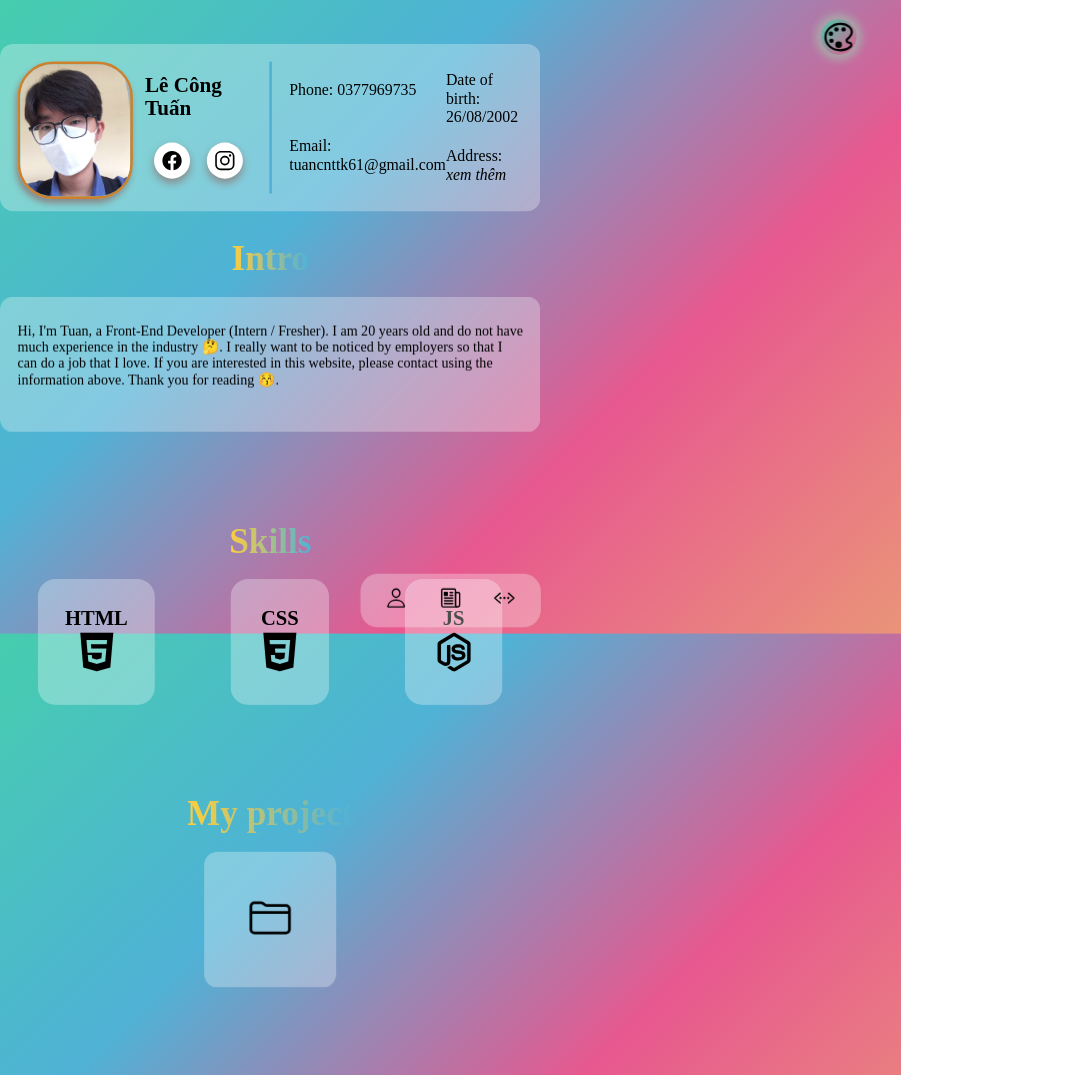
Repository: LeCongTuan2608/Profile
Page: index.html
The author's editor kept a copy of each file at every save. The page is drawn from the files as they stood at one save, then again after the next save.
The browser window is 1024 px wide. The page is 1024 px wide, then 1229 px, so the pictures cover 1229 px, including what lies to the right of the window. The pictures show the whole page, at 88% of full size.
Backgrounds fixed to the window are drawn as part of the page. The style sheet was rebuilt from its Sass, Less or Tailwind sources for each picture, by a compiler version that may differ from the author's.

Above is the page before, as saved 2022-05-05 12:18:08.

### index.html
<!DOCTYPE html>
<html lang="en">
   <head>
      <meta charset="UTF-8" />
      <meta http-equiv="X-UA-Compatible" content="IE=edge" />
      <meta name="viewport" content="width=device-width, initial-scale=1.0" />

      <script type="module" src="https://unpkg.com/ionicons@5.5.2/dist/ionicons/ionicons.esm.js"></script>
      <script nomodule src="https://unpkg.com/ionicons@5.5.2/dist/ionicons/ionicons.js"></script>

      <link rel="preconnect" href="https://fonts.googleapis.com" />
      <link rel="preconnect" href="https://fonts.gstatic.com" crossorigin />
      <link href="https://fonts.googleapis.com/css2?family=Pacifico&display=swap" rel="stylesheet" />

      <link href="https://unpkg.com/aos@2.3.1/dist/aos.css" rel="stylesheet" />
      <script src="https://unpkg.com/aos@2.3.1/dist/aos.js"></script>

      <link rel="stylesheet" href="./sass/css/style.css" />
      <title>Profile</title>
   </head>
   <body>
      <div class="container">
         <div class="palette">
            <ion-icon name="color-palette-outline"></ion-icon>
            <div class="list-color">
               <ul>
                  <li class="bgr-color"></li>
                  <li class="bgr-color"></li>
                  <li class="bgr-color"></li>
               </ul>
            </div>
         </div>

         <div class="contents">
            <div data-aos="flip-left" data-aos-duration="1500">
               <div class="card-info">
                  <div class="personal-information">
                     <div class="image">
                        <div class="user-image">
                           <img src="./images/1.JPG" alt="" />
                        </div>
                        <div class="user-intro">
                           <h2>Lê Công Tuấn</h2>
                           <div class="user-intro-navigation">
                              <div class="navigation-fb">
                                 <a href="https://www.facebook.com/profile.php?id=100026041985048"
                                    ><ion-icon name="logo-facebook"></ion-icon
                                 ></a>
                                 <span>facebook</span>
                              </div>
                              <div class="navigation-ins">
                                 <a href="https://www.instagram.com/tuanle2608/"
                                    ><ion-icon name="logo-instagram"></ion-icon
                                 ></a>
                                 <span>instagram</span>
                              </div>
                           </div>
                        </div>
                     </div>
                     <div class="contact">
                        <div class="contact-info">
                           <span>Phone: 0377969735</span>
                           <span>Email: tuancnttk61@gmail.com</span>
                        </div>
                        <div class="contact-info">
                           <span>Date of birth: 26/08/2002</span>
                           <span>Address: <i id="see">xem thêm</i></span>
                        </div>
                     </div>
                  </div>
               </div>
            </div>
            <div class="card-intro">
               <div class="intro-yourself">
                  <div class="title">
                     <div data-aos="fade-up" data-aos-duration="1000">
                        <h1>Intro</h1>
                     </div>
                  </div>
                  <div data-aos="flip-down" data-aos-duration="1000">
                     <div class="intro-content">
                        <p>
                           Hi, I'm Tuan, a Front-End Developer (Intern / Fresher). I am 20 years old and do not have
                           much experience in the industry 🤔. I really want to be noticed by employers so that I can do
                           a job that I love. If you are interested in this website, please contact using the
                           information above. Thank you for reading 😚.
                        </p>
                     </div>
                  </div>
               </div>

               <div class="my-skills">
                  <div class="title">
                     <div data-aos="fade-down" data-aos-easing="linear" data-aos-duration="300">
                        <h1>Skills</h1>
                     </div>
                  </div>
                  <div class="skills-content">
                     <div class="list-skills">
                        <div data-aos="fade-right">
                           <h3>HTML</h3>
                           <ion-icon name="logo-html5"></ion-icon>
                        </div>

                        <div data-aos="fade-down">
                           <h3>CSS</h3>
                           <ion-icon name="logo-css3"></ion-icon>
                        </div>

                        <div data-aos="fade-left">
                           <h3>JS</h3>
                           <ion-icon name="logo-nodejs"></ion-icon>
                        </div>
                     </div>
                  </div>
               </div>

               <div class="my-project">
                  <div class="title">
                     <div data-aos="fade-up" data-aos-anchor-placement="bottom-bottom">
                        <h1>My project</h1>
                     </div>
                  </div>
                  <div class="project-box">
                     <div data-aos="zoom-in">
                        <div class="box">
                           <ion-icon name="folder-outline"></ion-icon>
                        </div>
                     </div>
                  </div>
               </div>
            </div>
         </div>

         <div class="box-container">
            <div class="list-project">
               <div class="close">
                  <ion-icon name="close-circle-outline"></ion-icon>
               </div>

               <ul>
                  <li>
                     <a href="https://lecongtuan2608.github.io/Youtube/">https://lecongtuan2608.github.io/Youtube/</a>
                  </li>
                  <li><a href="https://lecongtuan2608.github.io/music/">https://lecongtuan2608.github.io/music/</a></li>
               </ul>
            </div>
         </div>
         <div class="toolbar">
            <div class="tollbar-list">
               <ul>
                  <li><ion-icon name="person-outline"></ion-icon></li>
                  <li><ion-icon name="newspaper-outline"></ion-icon></li>
                  <li><ion-icon name="code-working-outline"></ion-icon></li>
               </ul>
            </div>
         </div>
      </div>
   </body>
   <script>
      AOS.init();
   </script>
   <script src="./js/app.js"></script>
</html>

### js/app.js
const open_project = document.querySelector('.box');
const box_container = document.querySelector('.box-container');
const close_box = document.querySelector('.close');
const list_project = document.querySelector('.list-project');
open_project.addEventListener('click', function () {
   box_container.classList.add('open');
});
close_box.addEventListener('click', function () {
   box_container.classList.remove('open');
});
box_container.addEventListener('click', function () {
   box_container.classList.remove('open');
});
list_project.addEventListener('click', function (event) {
   event.stopPropagation();
});

const palette = document.querySelector('.palette');
var bgr_colors = document.querySelectorAll('.bgr-color');
const container = document.querySelector('.container');
const text_colors = document.querySelectorAll('.title h1');
function bgr_change() {
   for (let i = 0; i < bgr_colors.length; i++) {
      bgr_colors[i].addEventListener('click', function () {
         bgr_colors = i;
         if (bgr_colors == 0) {
            for (let text_color of text_colors) {
               text_color.classList.remove('text-color-2');
               text_color.classList.remove('text-color-3');
               text_color.classList.add('text-color-1');
            }
            container.classList.remove('bgr-color-2');
            container.classList.remove('bgr-color-3');
            container.classList.add('bgr-color-1');
         } else if (bgr_colors == 1) {
            for (let text_color of text_colors) {
               text_color.classList.remove('text-color-1');
               text_color.classList.remove('text-color-3');
               text_color.classList.add('text-color-2');
            }
            container.classList.remove('bgr-color-1');
            container.classList.remove('bgr-color-3');
            container.classList.add('bgr-color-2');
         } else if (bgr_colors == 2) {
            for (let text_color of text_colors) {
               text_color.classList.remove('text-color-1');
               text_color.classList.remove('text-color-2');
               text_color.classList.add('text-color-3');
            }
            container.classList.remove('bgr-color-1');
            container.classList.remove('bgr-color-2');
            container.classList.add('bgr-color-3');
         }
      });
   }
}
bgr_change();

### sass/style.scss
*{
    margin: 0;
    padding: 0;
}
html{
    width: 100%;
    height: 100%;
    padding: 0;
    margin: 0;
    font-family: 'Fredoka One', cursive;

}
body{
    width: 100%;
    height: auto;

}
.container{
    padding-top: 50px;
    width: 100%;
    height: auto;
    position: relative;
    background-image: linear-gradient(-45deg, #ea9479, #e7588f, #4fb2d6, #46cdae);
    background-attachment: fixed;
}
.bgr-color-1{
    background-image: linear-gradient(90deg, #74EBD5 0%, #9FACE6 100%);
    background-attachment: fixed;
}
.bgr-color-2{
    background-image: linear-gradient(to right, #eea2a2 0%, #bbc1bf 19%, #57c6e1 42%, #b49fda 79%, #7ac5d8 100%);
    background-attachment: fixed;
}
.bgr-color-3{
    background-image: linear-gradient(to top, #88d3ce 0%, #6e45e2 100%);
    background-attachment: fixed;
}
.palette{
    position: fixed;
    top: 3%;
    right: 5%;
    font-size: 40px;
}
.list-color ul{
    position: absolute;
}
.palette:hover ul li{
    display: block;
}
// chọn màu bgr
.list-color ul li:first-child{
    margin-bottom: 10px;
    background-image: linear-gradient(90deg, #74EBD5 0%, #9FACE6 100%);
}
.list-color ul li:nth-of-type(2){
    margin-bottom: 10px;
    background-image: linear-gradient(to right, #eea2a2 0%, #bbc1bf 19%, #57c6e1 42%, #b49fda 79%, #7ac5d8 100%);
}
.list-color ul li:last-child{
    background-image: linear-gradient(to top, #88d3ce 0%, #6e45e2 100%);

}

.list-color ul li{
    list-style-type: none;
    display: none;
    width: 40px;
    height: 40px;
    border-radius: 100rem;
    box-shadow: #3d3d3d -1px 2px 5px 2px;

}
.toolbar{
    width:  20%;
    border-radius: 20px;
    position: fixed;
    font-size: 25px;
    left: 50%;
    transform: translateX(-50%);
    bottom: 1%;
    background-color: rgba($color: white, $alpha: 0.3);
}
.tollbar-list{
    padding: 10px;
}
.toolbar ul{
    display: flex;
    justify-content: space-around;
}
.toolbar ul li {
    list-style-type: none;
    display: inline;
    border-radius: 100rem;
    cursor: pointer;
}
.toolbar ul li ion-icon{
    padding: 5px;
}
.toolbar ul li:hover {
background-color: #a5e296;
}
.palette ion-icon{
    background-image: linear-gradient(-45deg, #e7588f,#46cdae);
    border-radius: 100rem;
    box-shadow: #a9a9a9 0px 0px 10px 6px;
    cursor: pointer;
}
.contents{
    width: 100%;
    display: flex;
    flex-wrap: wrap;
    align-content: center;
    flex-direction: column;
}
.contents > div{
    width: 60%;
}
.card-info{
    background-color: rgba($color: white, $alpha: 0.3);
    border-radius: 15px;
}
.personal-information{
    padding: 20px;
    display: flex;

}
.image{
    display: flex;
    flex: 1;
    border-right: 3px solid;
    border-color:#4fb2d6;
    padding-right: 20px;
}
.user-image{
    width: 150px;
    height: 150px;
    // border: 3px solid;
    // border-image-source: linear-gradient(to top, #f64f59, #9634c8);
    // border-image-slice :1;
}
.user-image img{
    width: 100%;
    height: 100%;
    object-fit: cover;
    border-radius: 40px;
    border: solid;
    border-color: #cd802e;
    box-shadow: rgb(137, 137, 137) -2px 5px 7px 0px;


}
.user-intro{
    display: flex;
    margin-left: 20px;
    flex-direction: column;
    justify-content: space-around;
}
.user-intro-navigation{
    display: flex;
    justify-content: space-around;
}
.user-intro-navigation a{
    color: black;
    text-decoration: none;
}
.user-intro-navigation a > ion-icon{
    font-size: 25px;
    border-radius: 100rem;
    padding: 8px;
    background-color: white;
    box-shadow: rgb(137, 137, 137) 0px 5px 10px 0px;
}
.navigation-fb{
    position: relative;
}
.navigation-fb span{
    display: none;
}
.navigation-fb a > ion-icon:hover{
    background-color: rgb(153, 159, 248);
}
.navigation-fb:hover span{
    position: absolute;
    display: block;
    background-color: rgb(153, 159, 248);
    border-radius: 40px;
    padding: 5px;
    font-size: 18px;
    top: -95%;
    left: -50%;
    font-weight: 700;
    animation: intro ease 0.5s;
    z-index: 2;
}
.navigation-fb:hover::after{
    position: absolute;
    content: "";
    width: 13px;
    height: 13px;
    background-color: rgb(153, 159, 248);
    clip-path: polygon(50% 100%, 0 0, 100% 0);
    top: -25%;
    left: 30%;
    animation: intro ease 0.5s;
    z-index: 1;
}


.navigation-ins{
    position: relative;
}
.navigation-ins span{
    display: none;
}
.navigation-ins a > ion-icon:hover{
    background-color: rgb(64, 173, 177);
}
.navigation-ins:hover span{
    position: absolute;
    display: block;
    background-color: rgb(64, 173, 177);
    border-radius: 40px;
    padding: 5px;
    font-size: 18px;
    top: -95%;
    left: -50%;
    font-weight: 700;
    animation: intro ease 0.5s;
    z-index: 2;
}
.navigation-ins:hover::after{
    position: absolute;
    content: "";
    width: 13px;
    height: 13px;
    background-color: rgb(64, 173, 177);
    clip-path: polygon(50% 100%, 0 0, 100% 0);
    top: -25%;
    left: 30%;
    animation: intro ease 0.5s;
    z-index: 1;
}
.contact{
    flex: 1;
    display: flex;
    padding-left: 20px;
}
.contact-info{
    flex: 1;
    display: flex;
    flex-direction: column;
    justify-content: space-around;
}
.contact-info span{
    font-size: 18px;
    overflow: hidden;
}

.card-intro{
    margin-top: 30px;
    width: 60%;

}
.intro-yourself{
    margin: 30px 0 100px 0;
}
.title{
    text-align: center;
    margin-bottom: 20px;
    font-size: 20px;
}
.title h1{
    display: inline-block;
    background-image: linear-gradient( to right,#ffce3d, #4fb2d6);
    color: transparent;
    -webkit-background-clip: text;
    background-clip: text;
}
// đổi màu text
.text-color-1{
    background-image: linear-gradient(-225deg, #AC32E4 0%, #7918F2 48%, #4801FF 100%) !important;
}
.text-color-2{
    background-image: linear-gradient(-225deg, #A445B2 0%, #D41872 52%, #FF0066 100%) !important;
}
.text-color-3{
    background-image: linear-gradient(to top, #50cc7f 0%, #f5d100 100%) !important;
}

//===============
.intro-content{
    padding: 30px 20px 50px 20px;
    background-color: rgba($color: white, $alpha: 0.3);
    border-radius: 15px;
}

.my-skills {
    margin: 30px 0 100px 0;
}
.skills-content .list-skills{
    display: flex;
    justify-content: space-around;
}
.skills-content .list-skills div{
    padding: 5%;
    border-radius: 20px;
    background-color: rgba(255, 255, 255, 0.3);
    list-style-type: none;
    display: inline;
    text-align: center;
    font-size: 20px;
}

.skills-content .list-skills div ion-icon{
    font-size: 50px;
}
.my-project{
    margin: 30px 0 100px 0;

}
.project-box{
    display: flex;
    justify-content: center;
}
.box{
    background-color: rgba($color: white, $alpha: 0.3);
    border-radius: 15px;
    text-align: center;
    cursor: pointer;
}
.box:hover{
    transition-duration: 0.5s;
    transform: scale(1.1, 1.1);
    box-shadow: rgba(130, 130, 130, 0.773) 0px 1px 5px 2px;
}
.box > ion-icon{
    font-size: 50px;
    padding: 50px;
}
.box-container{
    position: fixed;
    top:0;
    left: 0;
    right: 0;
    bottom: 0;
    background-color: rgba( rgb(186, 186, 186), 0.5);
    display: none;
}
.open{
    display: block;
}
.list-project{
    position: absolute;
    left: 30%;
    right: 30%;
    top: 50%;
    transform: translateY(-50%);
    border-radius: 15px;
    background-color: white;
    box-shadow: rgb(137, 137, 137) 0px 5px 10px 0px;
    text-align: center;
    animation: intro ease 1s;

}
.close{
    position: absolute;
    width: 30px;
    height: 30px;
    right: 2%;
    top: 2%;
    font-size: 25px;
    cursor: pointer;
}
.list-project ion-icon:hover{
    color: red;
    border-radius: 100rem;

}
.list-project ul{
    padding: 50px 10px 30px 10px;
}
.list-project ul li{
    list-style-type: none;
}
.list-project ul li a{
    text-decoration: none;
    color: black;
}
.list-project ul li a:hover{
    color: rgb(53, 138, 213);
}
@keyframes intro{
    from {
        transform: translateY((100%));
    }
    to{
        transform: translateY((-50%));
    }
}
@media screen and (max-width:1060px) {
    .contents {
        margin: 0 10px 0 0;
        display: block;
    }
}

After the next save:
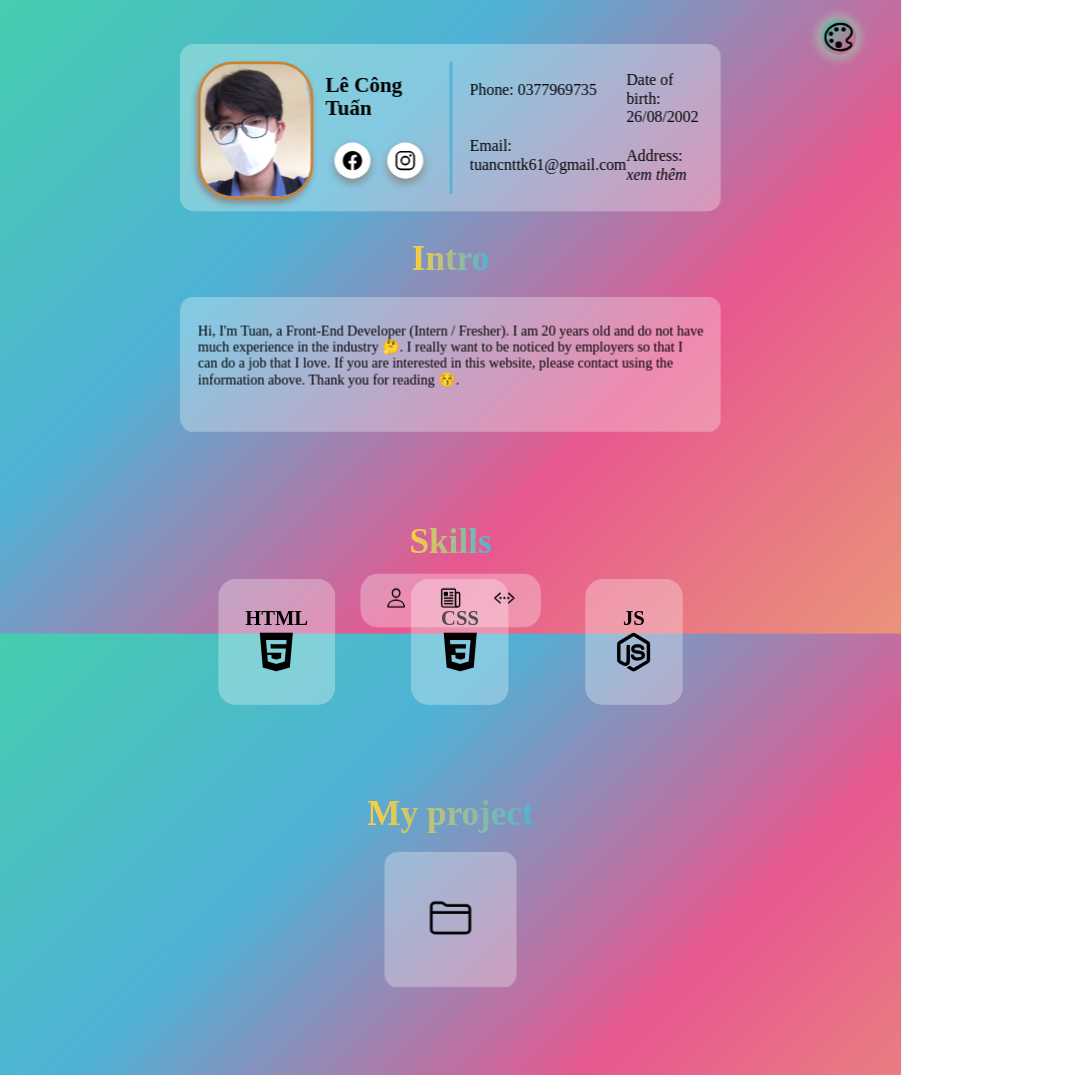
Saved 11 s later.
--- a/sass/style.scss
+++ b/sass/style.scss
@@ -399,7 +399,7 @@ background-color: #a5e296;
 }
 @media screen and (max-width:1060px) {
     .contents {
-        margin: 0 10px 0 0;
+        margin: 0 20% 0 20%;
         display: block;
     }
 }
